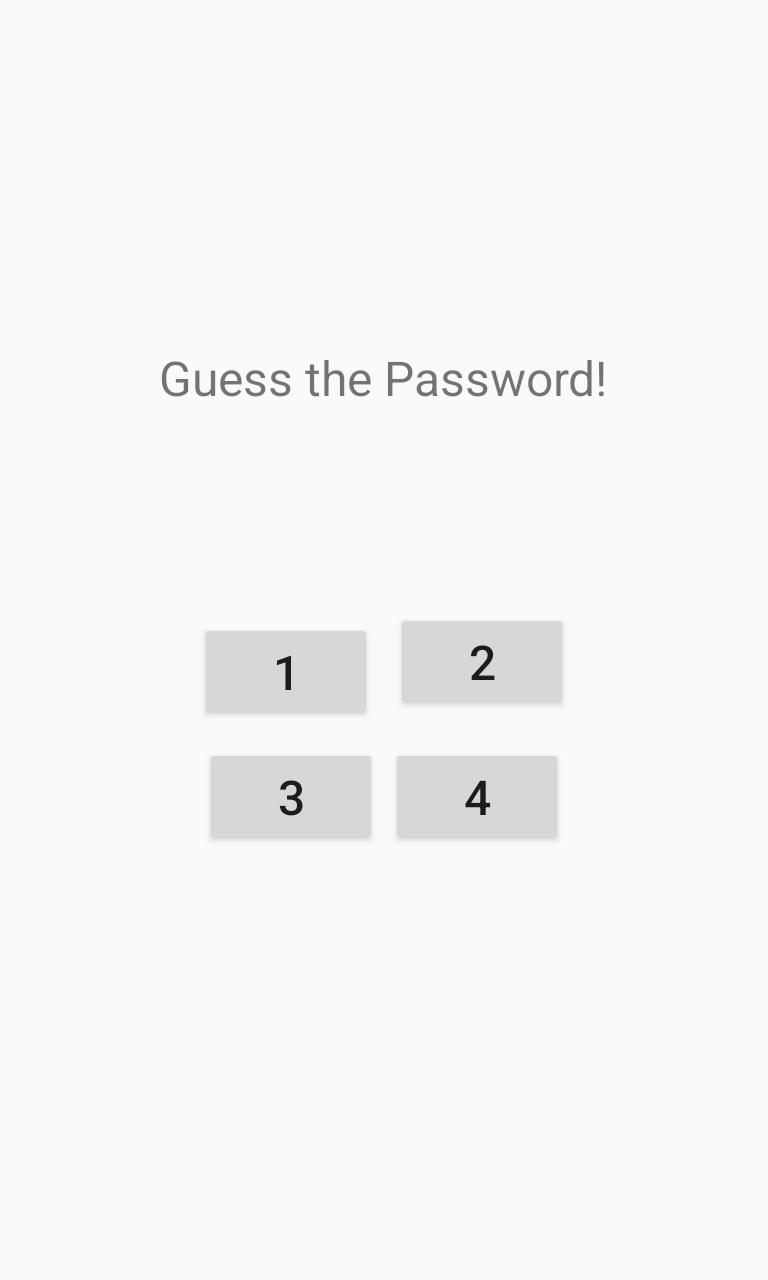
Repository: cryder3/csc303
Layout: Challenge1/res/layout/activity_topsecret.xml
These files come from the project's save history. The layout is drawn as it stood at one moment and after the next save; the edit follows.
It is drawn on a 768 x 1280 px phone screen (xhdpi) without system bars, with theme AppTheme; the app's code is not run.

Above is the layout before, as saved 2014-09-10 16:10:27.

After the next save:
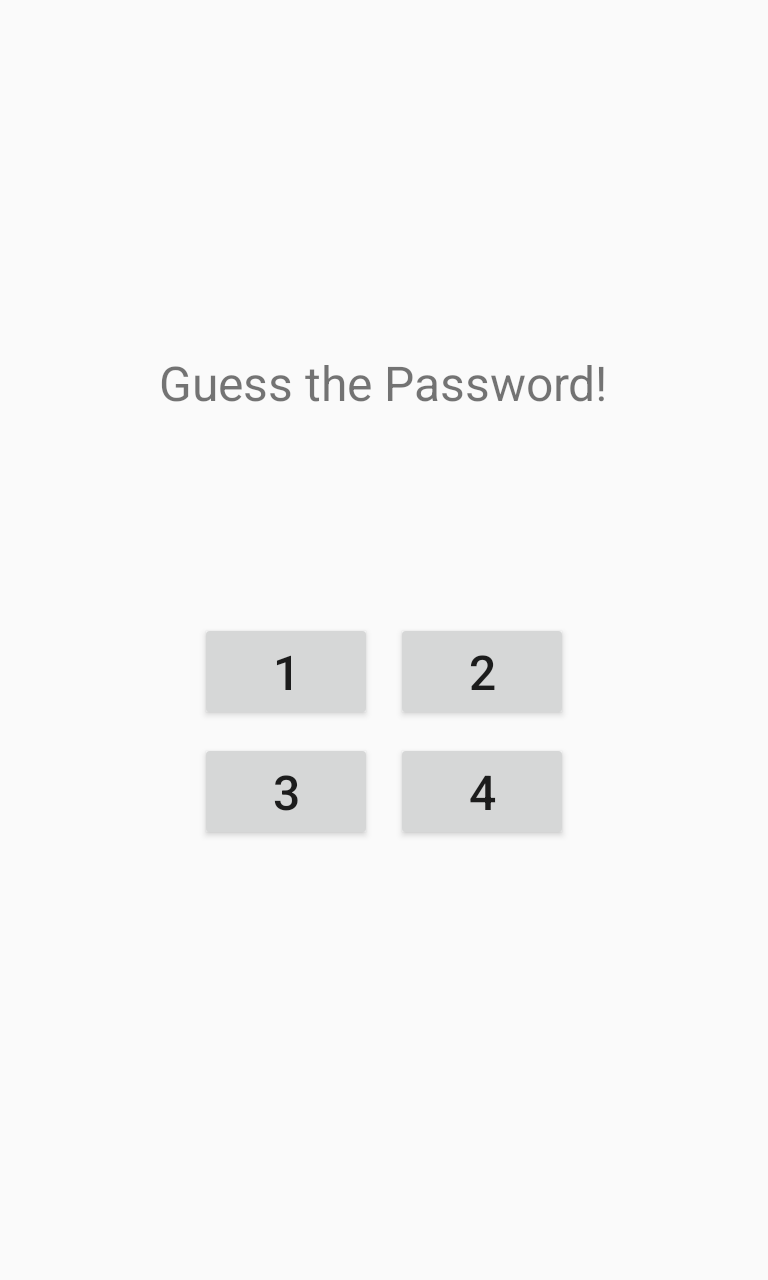
Saved 32 s later.
--- a/Challenge1/res/layout/activity_topsecret.xml
+++ b/Challenge1/res/layout/activity_topsecret.xml
@@ -41,7 +41,7 @@
             android:id="@+id/button2"
             android:layout_width="wrap_content"
             android:layout_height="wrap_content"
-            android:layout_marginBottom="10dp"
+            android:layout_marginBottom="5dp"
             android:text="@string/two"
             android:textSize="24dp" />
 
@@ -56,7 +56,7 @@
             android:id="@+id/button3"
             android:layout_width="wrap_content"
             android:layout_height="wrap_content"
-            android:layout_marginRight="5dp"
+            android:layout_marginRight="10dp"
             android:text="@string/three"
             android:textSize="24dp" />
 
